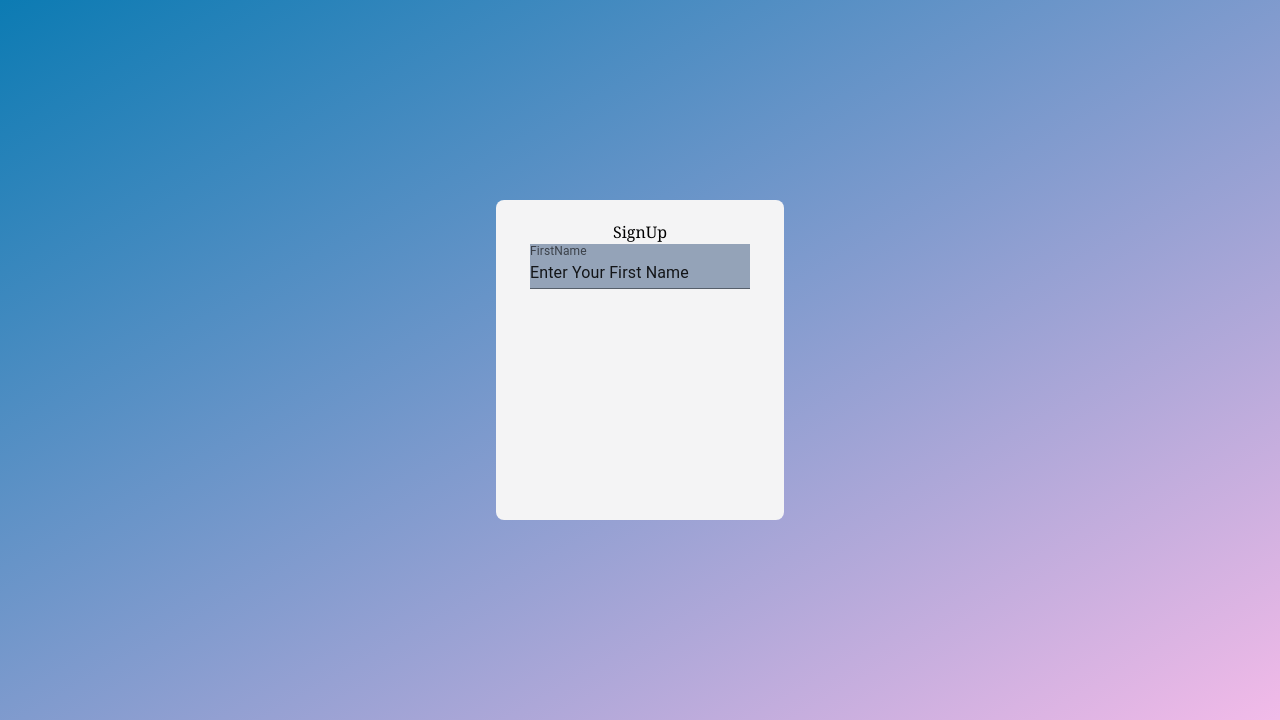
Repository: dhanapal2205/sazsfinance
Page: /SignUp
These files come from the project's save history. The page is drawn as it stood at one moment and after the next save; the edit follows.
The browser window is 1280 px wide. The pictures show the whole page.
The project was rebuilt for these pictures with package versions that can differ from the ones it lists, and the page was loaded fresh each time. The framework's server and built-in components were replaced by stand-ins that run in the browser. Also part of the build but not shown: next.config.js.

Above is the page before, as saved 2023-04-07 11:00:26.

After the next save:
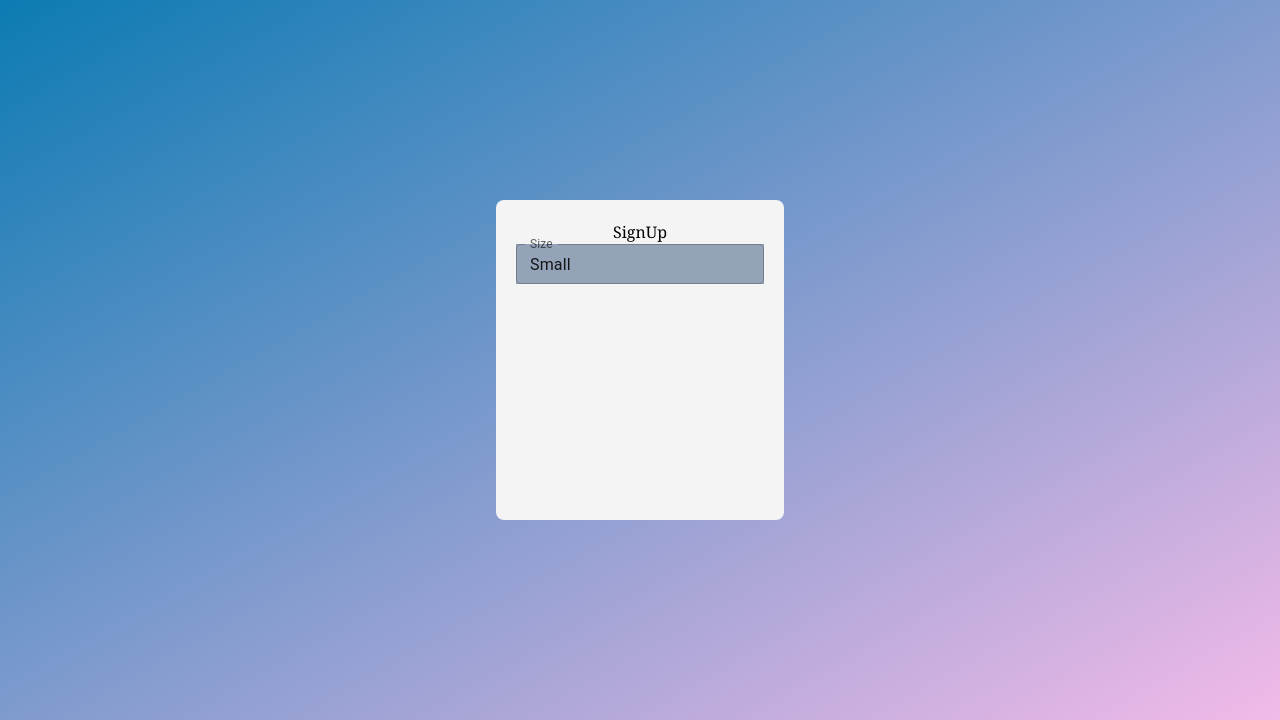
Saved 45 s later.
--- a/pages/SignUp.js
+++ b/pages/SignUp.js
@@ -8,11 +8,10 @@ const SignUp = () => {
      <div className=' w-72 h-80 bg-zinc-100  rounded-lg m-auto justify-center'>
       <div className='place-items-center flex flex-col mt-5 ' >
         <p className='font-sans md:font-serif ' > SignUp</p>
-<TextField className='bg-slate-400 hover:bg-white place-content-center ' label="FirstName"
-
-          defaultValue="Enter Your First Name"
-          size="small"
-          variant="standard"  />
+<TextField className='bg-slate-400 hover:bg-white place-content-center ' label="Size"
+          id="outlined-size-small"
+          defaultValue="Small"
+          size="small"  />
 
 
       </div>
